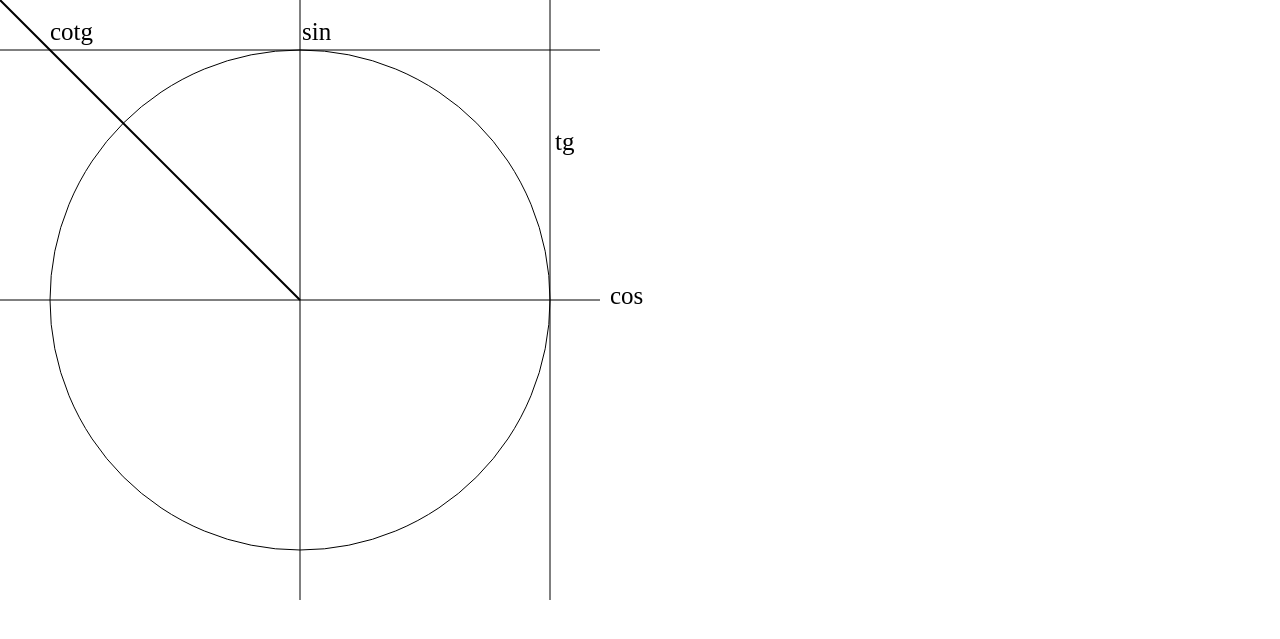
Repository: BraynStorm/braynstorm.github.io
Page: http://localhost/
The author's editor kept a copy of each file at every save. The page is drawn from the files as they stood at one save, then again after the next save.
The browser window is 1280 px wide. The pictures show the whole page.
The page is run by PHP 8.4 with error messages shown; the project is at /var/www/html/.

Above is the page before, as saved 2015-02-24 15:15:04.

### JSDrawing/index.php
<!DOCTYPE html>
<html>
	<head>
		<meta charset="UTF-8">
		<title>Insert title here</title>
		<link rel="stylesheet" type="text/css" href="main.css"/>
		<script type="text/javascript" src="js/jquery-2.1.3.min.js"></script>
		<script type="text/javascript" src="js/swgDrawing.js"></script>

	</head>
	<body>
		<div id="content">
			<svg width="1000" height="1000">
				<circle id="mainCircle" cx="300" cy="300" r="250" fill="none" stroke="black" />
				<line x1="300" y1="0" x2="300" y2="600" style="stroke:rgb(0,0,0);stroke-width:1;" id="sinLine" />
				<line x1="0" y1="300" x2="600" y2="300" style="stroke:rgb(0,0,0);stroke-width:1;" id="cosLine" />

				<line x1="550" y1="0" x2="550" y2="600" style="stroke:rgb(0,0,0);stroke-width:1;" id="tgLine" />
				<line x1="0" y1="50" x2="600" y2="50" style="stroke:rgb(0,0,0);stroke-width:1;" id="cotgLine" />

				<text x="610" y="304" style="font-size:25px;">cos</text>
				<text x="302" y="40" style="font-size:25px;">sin</text>
				<text x="555" y="150" style="font-size:25px;">tg</text>
				<text x="50" y="40" style="font-size:25px;">cotg</text>


				<!--  THE ANGLE -->

				<line id="angle" x1="300" y1="300" x2="0" y2="0" style="stroke:rgb(0,0,0);stroke-width:2;" />


			</svg>

			<input type="text" value="30" id="angleBox" />
		</div>
	</body>
</html>

### JSDrawing/main.css
@CHARSET "UTF-8";

body{
	background-color: #;
	padding: 0;
	margin: 0;
}

svg{
	margin-top: 0px;
}

#angleBox{
	position: fixed;
	bottom: 10px;
}

### JSDrawing/js/swgDrawing.js
$(document).ready(function (){
	var box = $("#angleBox");

	$('svg').css("width", window.innerWidth).css("height", window.innerHeight-10);

	var angle = 0;
	var radius = 250;
	var x = radius*2+50;
	var y = radius+50;

	var animator;
	animateAngle();

	function animateAngle(){
		var toAngle = parseInt(box.val());

		if(angle-toAngle > 0){
			angle -= 1;
		}else if (angle-toAngle < 0){
			angle += 1;
		}else{

		}
		var radians = (Math.PI * 2) * (angle % 360) / 360 ;

		x = 300 + (Math.cos(radians) * radius);
		y = 300 - (Math.sin(radians) * radius);


		$("angle").attr("x2", x);
		$("angle").attr("y2", y);

		animator = setTimeout(animateAngle, 10/Math.abs(angle-toAngle));
	}

});

Loaded but not shown: JSDrawing/js/jquery-2.1.3.min.js (library)

After the next save:
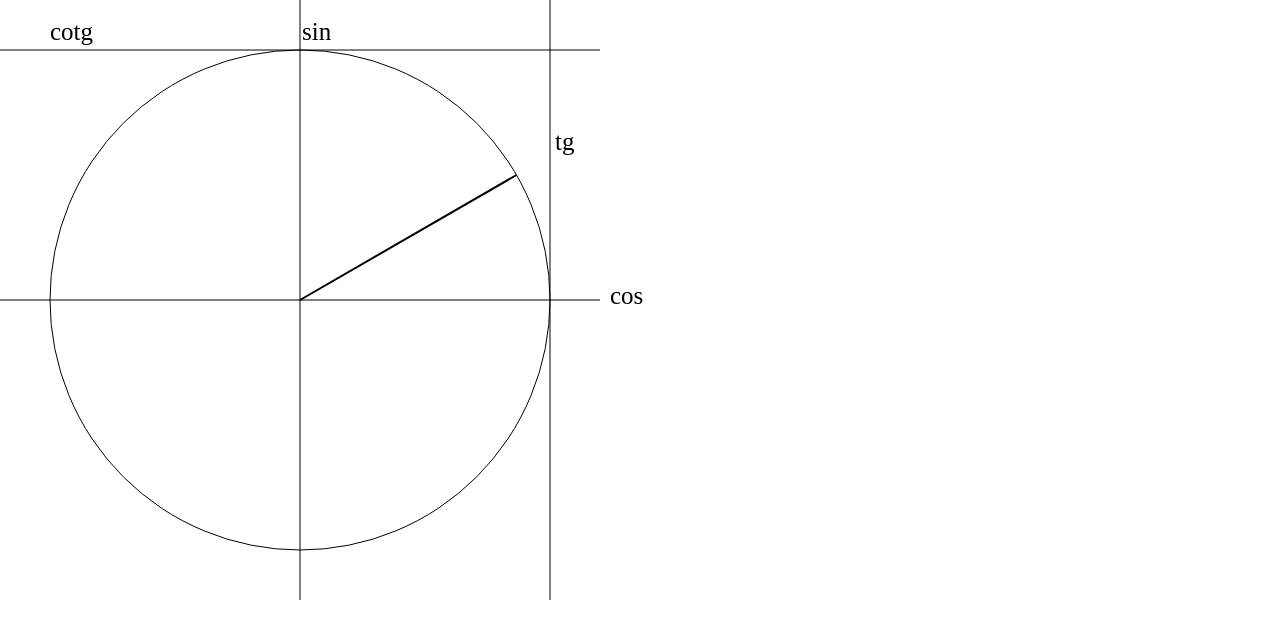
Saved 52 s later.
--- a/JSDrawing/js/swgDrawing.js
+++ b/JSDrawing/js/swgDrawing.js
@@ -27,8 +27,8 @@ $(document).ready(function (){
 		y = 300 - (Math.sin(radians) * radius);
 
 
-		$("angle").attr("x2", x);
-		$("angle").attr("y2", y);
+		$("#angle").attr("x2", x);
+		$("#angle").attr("y2", y);
 
 		animator = setTimeout(animateAngle, 10/Math.abs(angle-toAngle));
 	}
